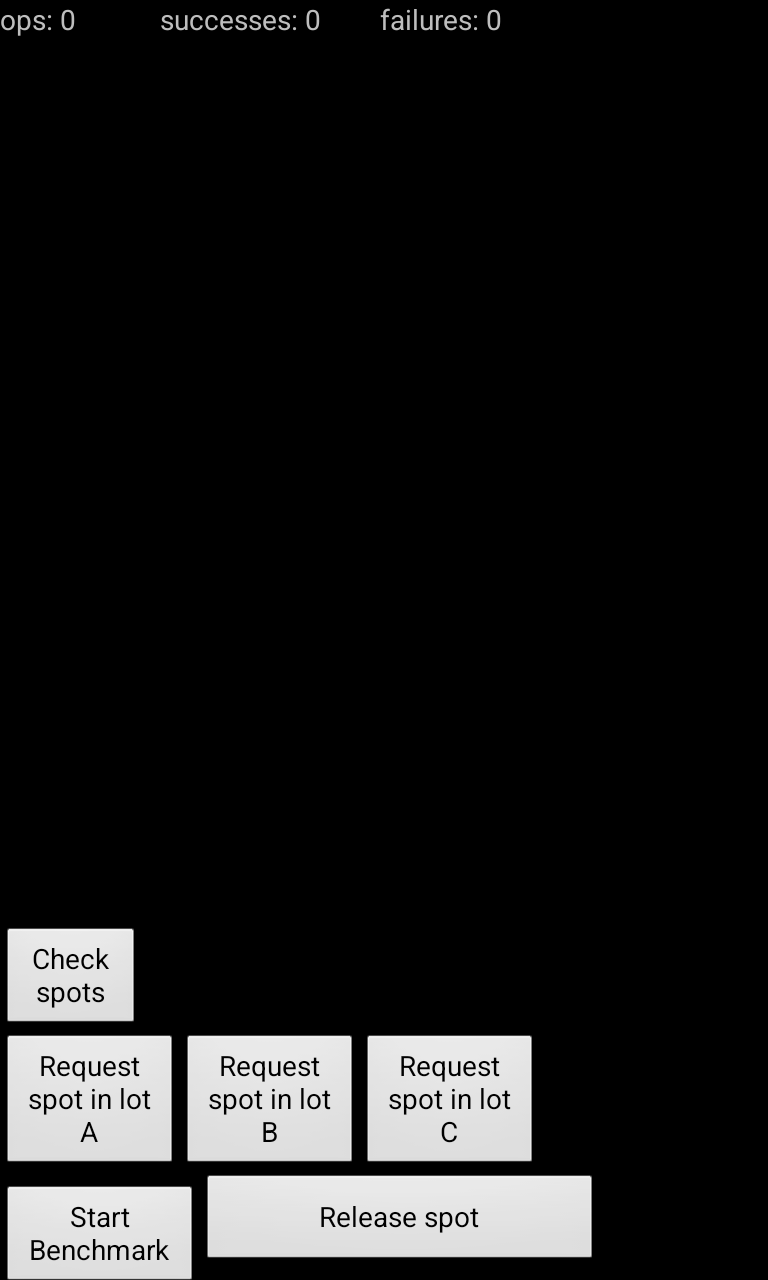
Repository: jasongao/csmcode
Layout: current/workspace/SMCloud/res/layout/main.xml
These files come from the project's save history. The layout is drawn as it stood at one moment and after the next save; the edit follows.
It is drawn on a 768 x 1280 px phone screen (xhdpi) without system bars, with theme android:Theme; the app's code is not run. Lists and similar views that code fills are empty.

Above is the layout before, as saved 2011-07-14 16:16:05.

After the next save:
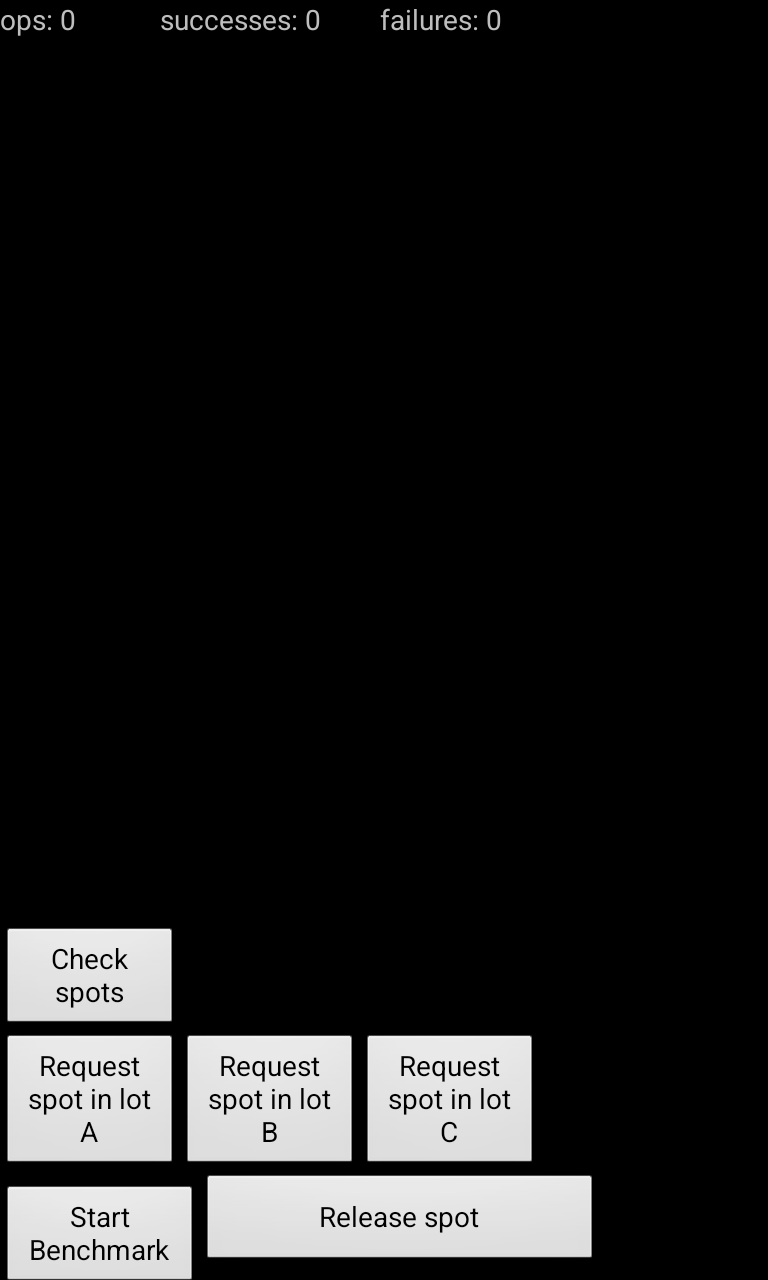
Saved 14 s later.
--- a/current/workspace/SMCloud/res/layout/main.xml
+++ b/current/workspace/SMCloud/res/layout/main.xml
@@ -22,7 +22,7 @@
 		android:orientation="horizontal" android:layout_height="wrap_content"
 		android:id="@+id/CheckSpotLayout">
 		<Button android:layout_height="wrap_content"
-			android:layout_width="71dip" android:text="Check spots" android:id="@+id/readparking_button"></Button>
+			android:layout_width="90dip" android:text="Check spots" android:id="@+id/readparking_button"></Button>
 	</LinearLayout>
 
 	<LinearLayout android:layout_width="fill_parent"
